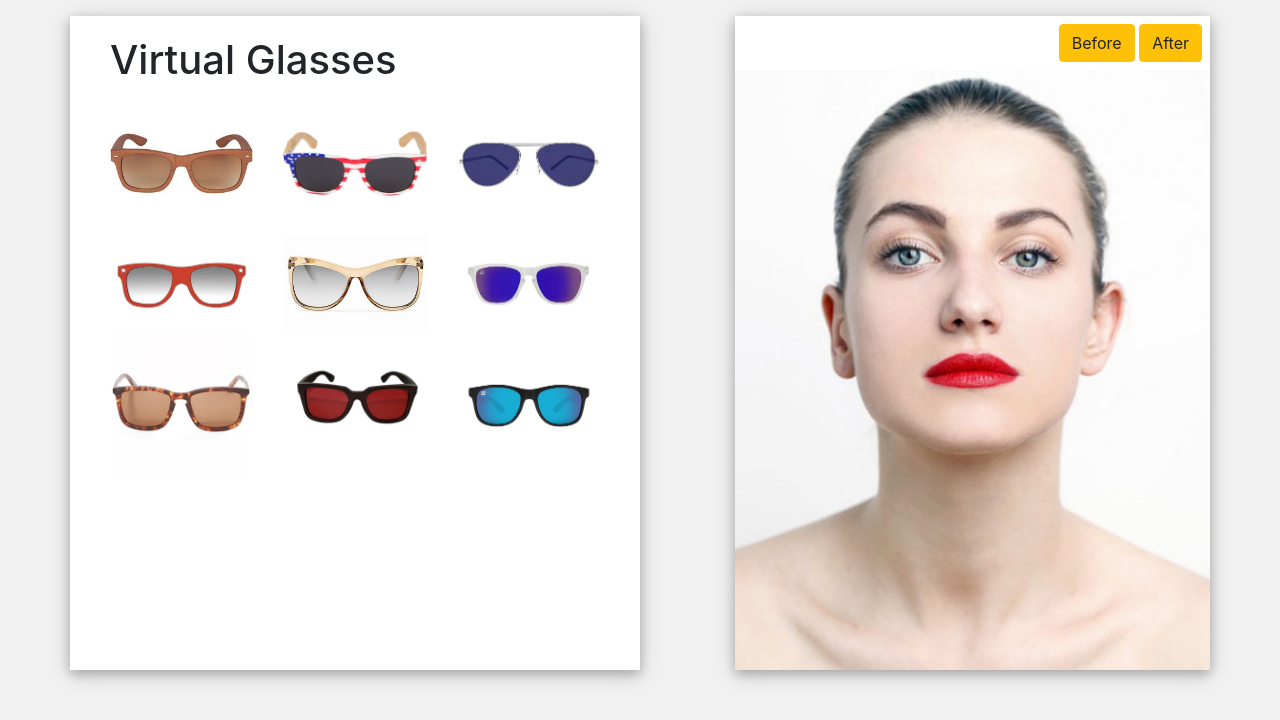
Repository: Khoi300399/BC35E_ES6_B2_MaThanhKhoi
Page: index.html
An editor plug-in stored every save of this project. The page is shown before and after the next save, followed by the edit.
The browser window is 1280 px wide. The pictures show the whole page.
After loading, the first visible `#btn1` was clicked once.

Above is the page before, as saved 2022-10-21 21:58:03.

After the next save:
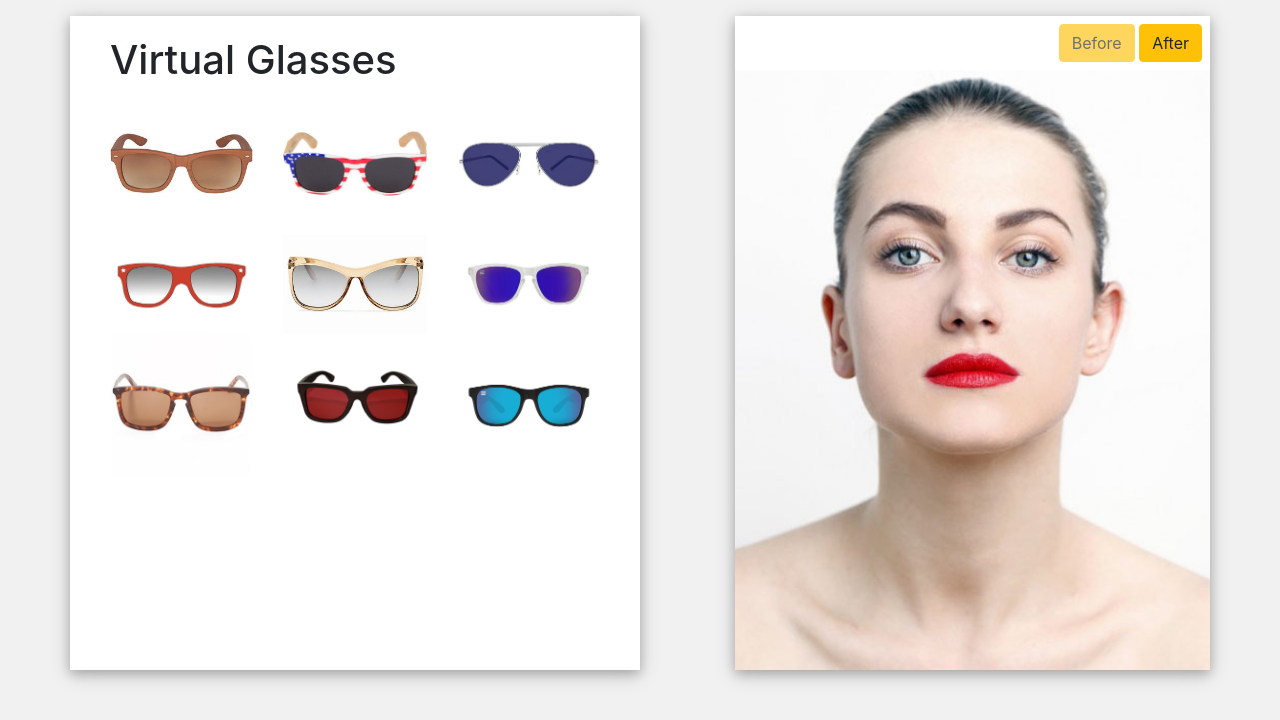
Saved 8 min 38 s later.
--- a/js/main.js
+++ b/js/main.js
@@ -124,4 +124,5 @@
     document.querySelector("#avatar img").style.display = "block";
   }
   document.querySelector("#avatar img").style.display = "none";
+  document.querySelector("#btn1").disabled = true;
 };

After the 4 saves that followed:
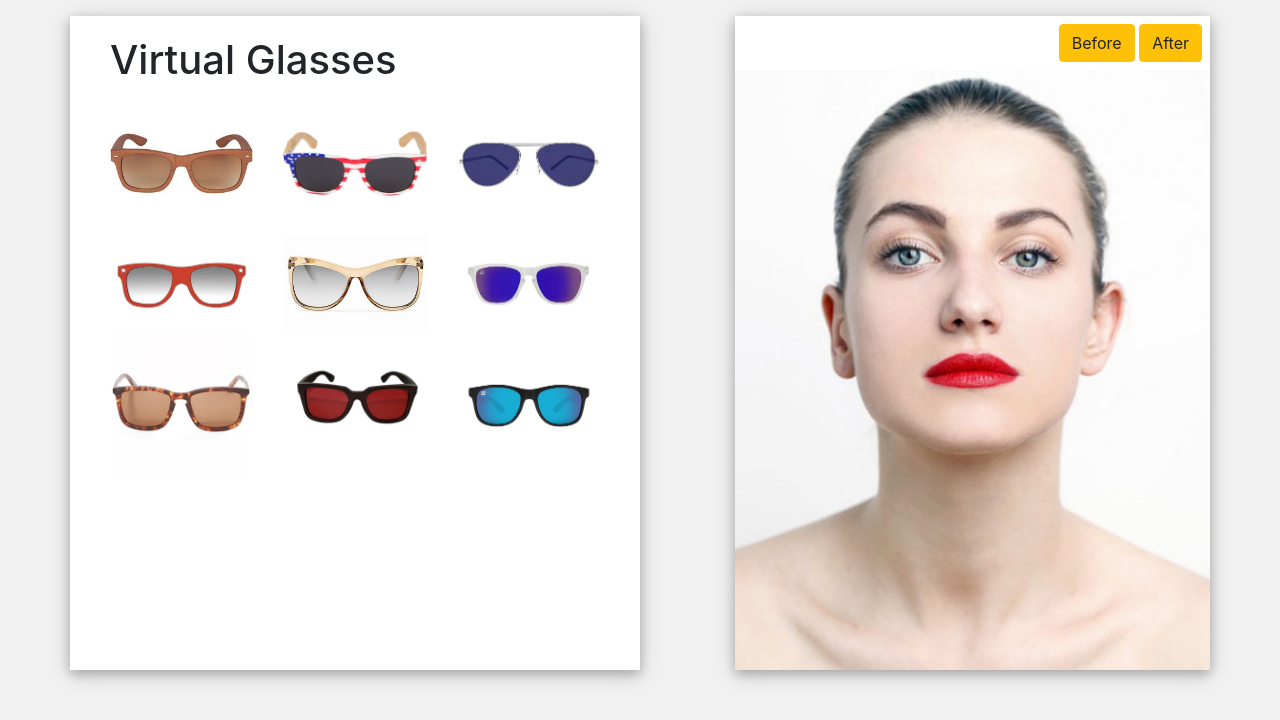
The 4 saves are shown as one change because 3 left the picture as it was.
The last was saved 2 min 19 s later.
--- a/js/main.js
+++ b/js/main.js
@@ -124,5 +124,4 @@
     document.querySelector("#avatar img").style.display = "block";
   }
   document.querySelector("#avatar img").style.display = "none";
-  document.querySelector("#btn1").disabled = true;
 };
